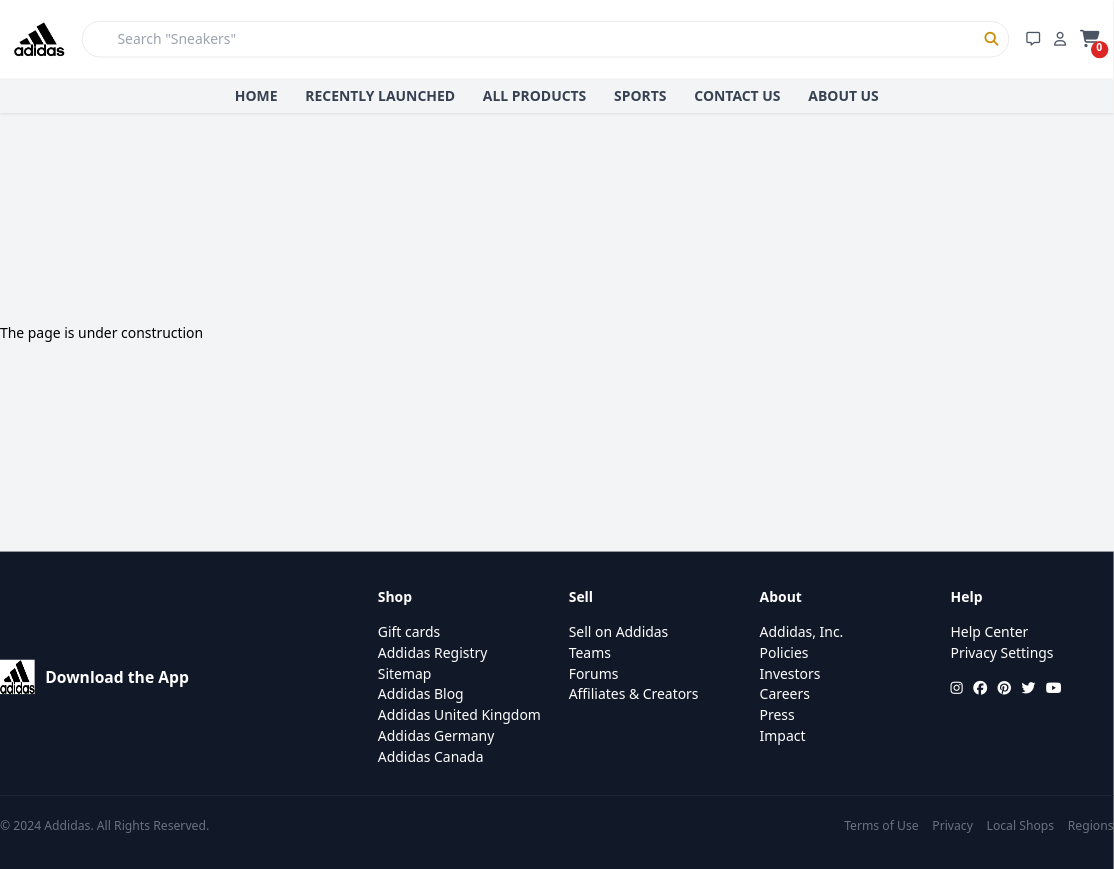
Repository: AsirAl-Anan/mid-01
Page: pages/under-construction.html
These files come from the project's save history. The page is drawn as it stood at one moment and after the next save; the edit follows.
The browser window is 1280 px wide. The pictures show the whole page, at 87% of full size.
Some web libraries are served in a nearby version.

Above is the page before, as saved 2024-09-08 21:35:07.
Console error: TypeError: Cannot read properties of null (reading 'addEventListener')

After the next save:
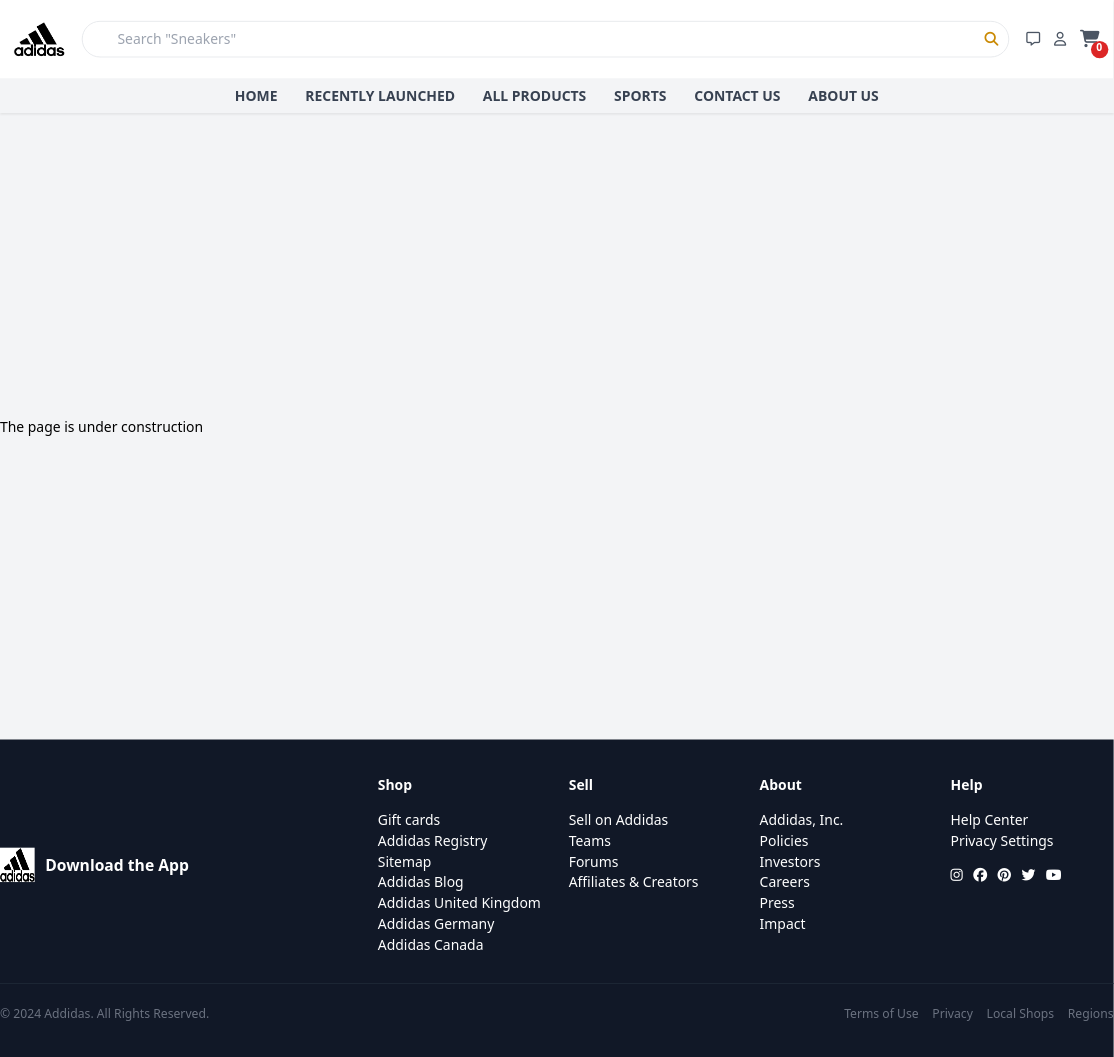
Saved 15 s later.
--- a/pages/under-construction.html
+++ b/pages/under-construction.html
@@ -96,7 +96,7 @@
 
 
 
-        <div class="container flex h-[70vh] w-full items-center">
+        <div class="container flex h-[100vh] w-full items-center">
           <p>The page is under construction</p>
         </div>
 
